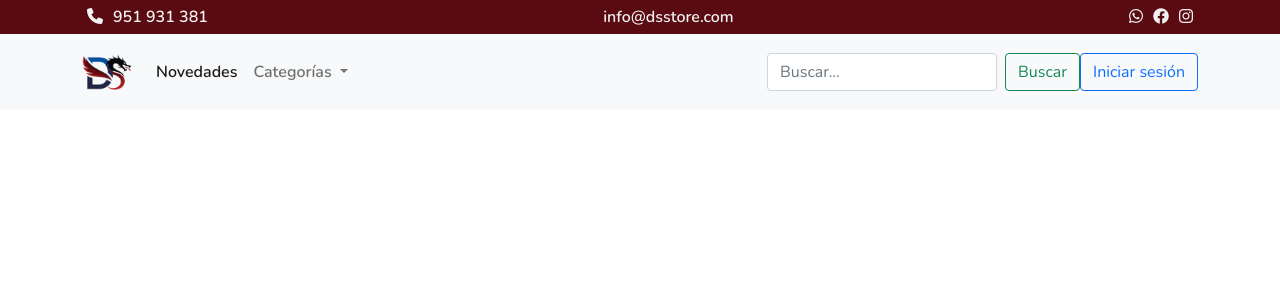
Repository: leasever/store-ts
Page: index.html
An editor plug-in stored every save of this project. The page is shown before and after the next save, followed by the edit.
The browser window is 1280 px wide. The pictures show the whole page.
Some web libraries are served in a nearby version. The style sheet was rebuilt from its Sass, Less or Tailwind sources for each picture, by a compiler version that may differ from the author's.

Above is the page before, as saved 2022-09-12 17:37:03.

After the next save:
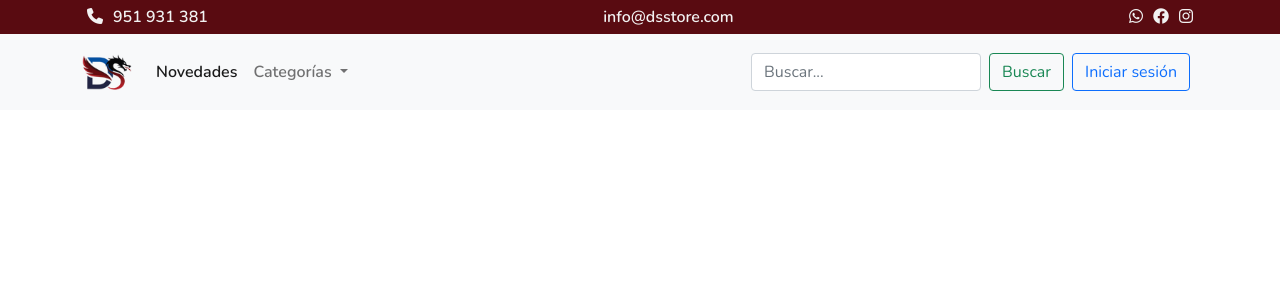
Saved 25 s later.
--- a/index.html
+++ b/index.html
@@ -79,7 +79,7 @@
                      <input class="form-control me-2" type="search" placeholder="Buscar..." aria-label="Search">
                      <button class="btn btn-outline-success" type="submit">Buscar</button>
                   </form>
-                  <div class="login" id="loginModalButtonContainer">
+                  <div class="m-2" id="loginModalButtonContainer">
                      <a href="#loginModal" class="btn btn-outline-primary " data-bs-toggle="modal">Iniciar sesión</a>
                   </div>
                </div>
